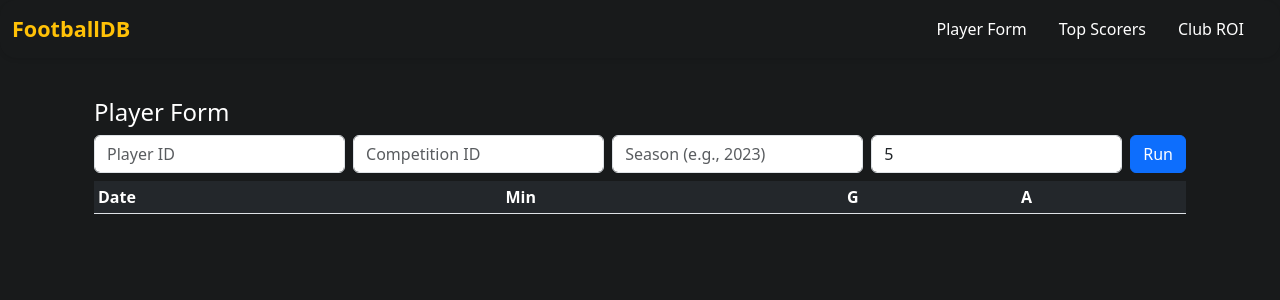
Repository: daniqusy/FootballDB
Page: http://localhost/player/form?player_id=${r.player_id}
These files come from the project's save history. The page is drawn as it stood at one moment and after the next save; the edit follows.
The browser window is 1280 px wide. The pictures show the whole page.
The page is served by the project's application, run on Flask 3 (app.py).

Above is the page before, as saved 2025-11-02 14:27:35.

After the next save:
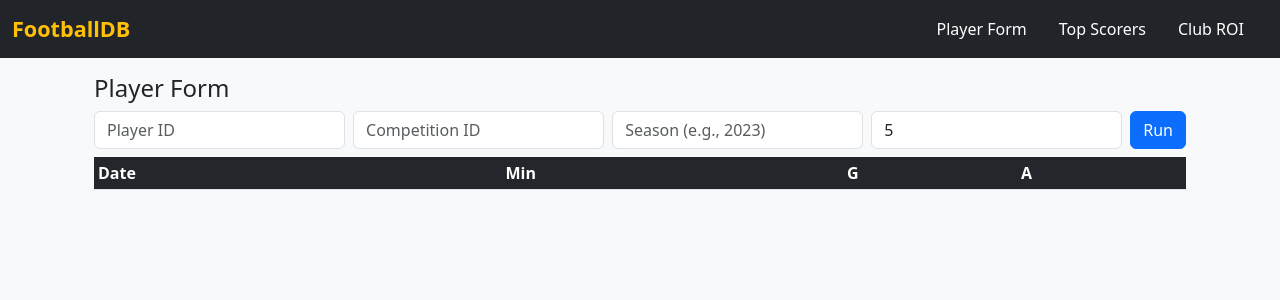
Saved 57 s later.
--- a/templates/base.html
+++ b/templates/base.html
@@ -6,21 +6,21 @@
   <link href="https://cdn.jsdelivr.net/npm/bootstrap@5.3.2/dist/css/bootstrap.min.css" rel="stylesheet">
   <link href="{{ url_for('static', filename='styles.css') }}" rel="stylesheet">
 </head>
-<body class="bg-dark text-white">
-<nav class="navbar navbar-expand-lg navbar-dark bg-black mb-3 shadow-sm rounded-4">
+<body class="bg-light">
+<nav class="navbar navbar-expand-lg navbar-dark bg-dark mb-3">
   <div class="container-fluid">
-    <a class="navbar-brand fw-bold text-warning" href="/">FootballDB</a>
+    <a class="navbar-brand" href="/">FootballDB</a>
     <div class="navbar-nav">
-      <a class="nav-link text-white" href="/player/form">Player Form</a>
-      <a class="nav-link text-white" href="/top-scorers">Top Scorers</a>
-      <a class="nav-link text-white" href="/club/roi">Club ROI</a>
+      <a class="nav-link" href="/player/form">Player Form</a>
+      <a class="nav-link" href="/top-scorers">Top Scorers</a>
+      <a class="nav-link" href="/club/roi">Club ROI</a>
     </div>
   </div>
 </nav>
-<div class="container py-4">
+<div class="container">
   {% block body %}
-  <h1 class="h4 mb-3 text-warning">Welcome</h1>
-  <p class="lead text-secondary">Select a page from the navbar.</p>
+  <h1 class="h4 mb-3">Welcome</h1>
+  <p>Select a page from the navbar.</p>
   {% endblock %}
 </div>
 </body>
